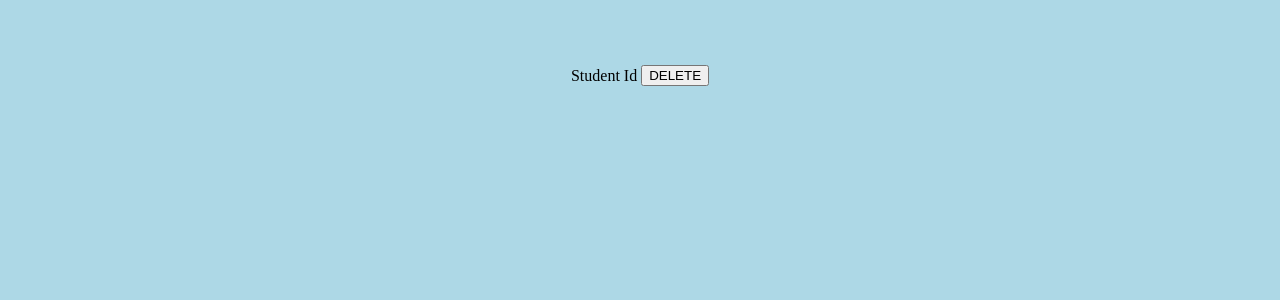
Repository: Shiv-Super-Hero/Spring
Page: DAO-JDBC/app01/src/main/webapp/deleteform.html
The author's editor kept a copy of each file at every save. The page is drawn from the files as they stood at one save, then again after the next save.
The browser window is 1280 px wide. The pictures show the whole page.

Above is the page before, as saved 2024-10-04 11:08:31.

After the next save:
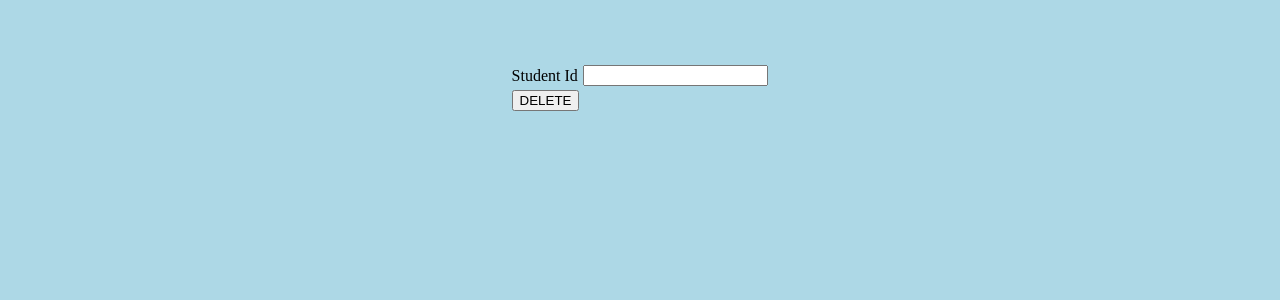
Saved 57 s later.
--- a/DAO-JDBC/app01/src/main/webapp/deleteform.html
+++ b/DAO-JDBC/app01/src/main/webapp/deleteform.html
@@ -11,6 +11,9 @@
 <table>
 <tr>
 	<td>Student Id</td>
+	<td><input type="text" name="sid"/></td>
+</tr>
+<tr>
 	<td><input type="submit" value="DELETE"/></td>
 </tr>
 </table>
